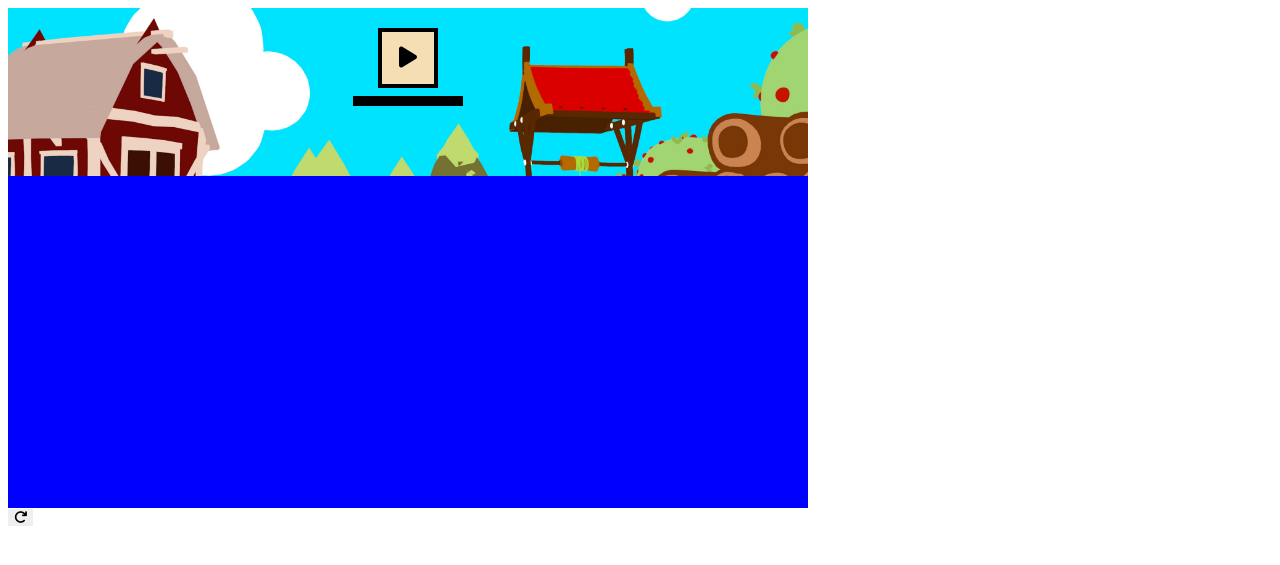
Repository: rumor1993/DreamCoding-Browser101
Page: Chapter07/ellie/index.html
The author's editor kept a copy of each file at every save. The page is drawn from the files as they stood at one save, then again after the next save.
The browser window is 1280 px wide. The pictures show the whole page.
Some web libraries are served in a nearby version.

Above is the page before, as saved 2021-01-03 18:38:21.

After the next save:
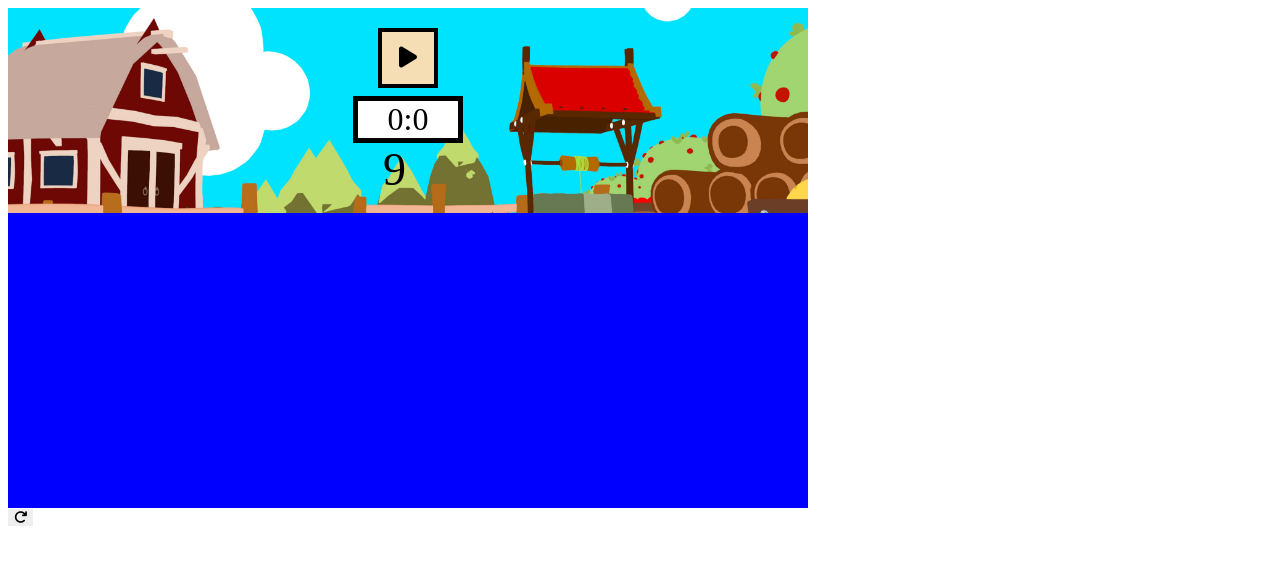
Saved 73 s later.
--- a/Chapter07/ellie/index.html
+++ b/Chapter07/ellie/index.html
@@ -14,8 +14,8 @@
         <button class="game-button">
           <i class="fas fa-play"></i>
         </button>
-        <span class="game-timer"></span>
-        <span class="game-score"></span>
+        <span class="game-timer">0:0</span>
+        <span class="game-score">9</span>
       </header>
       <section class="game-field"></section>
     </section>
